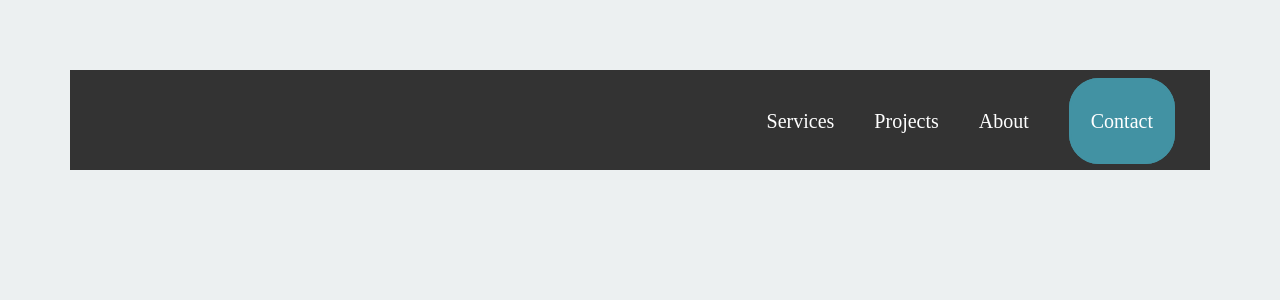
Repository: arifshahriyarnader/css-flexbox
Page: Exercise 1/index.html
An editor plug-in stored every save of this project. The page is shown before and after a run of saves, followed by the edit.
The browser window is 1280 px wide. The pictures show the whole page.

Above is the page before, as saved 2024-06-15 16:07:55.

After the next 4 saves:
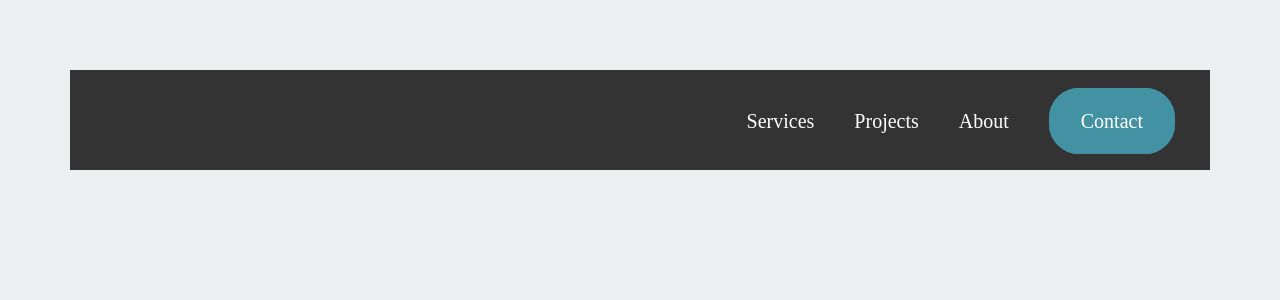
The 4 saves are shown as one change because they came seconds apart.
The last was saved 16 s later.
--- a/Exercise 1/css/style.css
+++ b/Exercise 1/css/style.css
@@ -35,7 +35,7 @@ body{
 .contact_btn{
     background-color:#4292A3;
     color:#fff;
-    padding:30px 20px 30px 20px;
+    padding:20px 30px 20px 30px;
     border: 2px solid #4292A3;
     border-radius: 30px;
 
